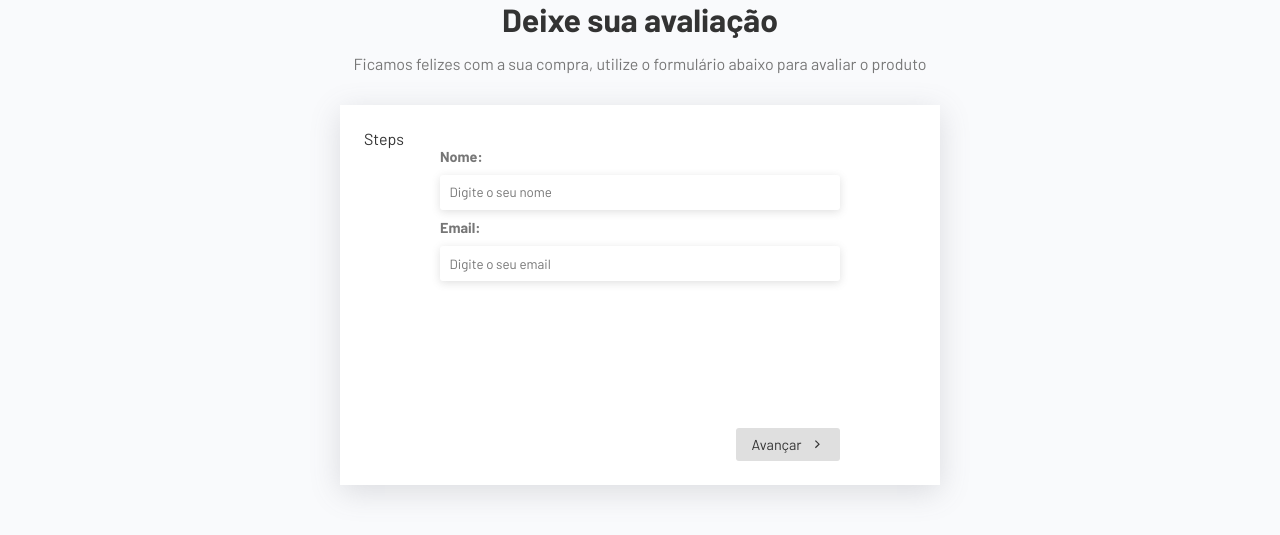
Repository: Bitroia/multistep_form_react
Page: / (app in multistep_form_react/)
An editor plug-in stored every save of this project. The page is shown before and after a run of saves, followed by the edit.
The browser window is 1280 px wide. The pictures show the whole page.
The project was rebuilt for these pictures with package versions that can differ from the ones it lists, and the page was loaded fresh each time. Also part of the build but not shown: multistep_form_react/vite.config.js, multistep_form_react/src/components/ReviewForm.jsx, multistep_form_react/src/components/Thanks.jsx, multistep_form_react/src/components/Steps.css.

Above is the page before, as saved 2026-06-12 14:18:15.

### multistep_form_react/index.html
<!doctype html>
<html lang="pt-br">
  <head>
    <meta charset="UTF-8" />
    <link rel="icon" type="image/svg+xml" href="/favicon.svg" />
    <link rel="preconnect" href="https://fonts.googleapis.com" />
    <link rel="preconnect" href="https://fonts.gstatic.com" crossorigin />
    <link
      href="https://fonts.googleapis.com/css2?family=Barlow:ital,wght@0,100;0,200;0,300;0,400;0,500;0,600;0,700;0,800;0,900;1,100;1,200;1,300;1,400;1,500;1,600;1,700;1,800;1,900&family=Lato:ital,wght@0,100;0,300;0,400;0,700;0,900;1,100;1,300;1,400;1,700;1,900&family=Montserrat:ital,wght@0,100..900;1,100..900&family=Roboto:ital,wght@0,100..900;1,100..900&display=swap"
      rel="stylesheet"
    />
    <meta name="viewport" content="width=device-width, initial-scale=1.0" />
    <title>Multistep Form com React</title>
  </head>
  <body>
    <div id="root"></div>
    <script type="module" src="/src/main.jsx"></script>
  </body>
</html>

### multistep_form_react/src/index.css
* {
  font-family: "Barlow";
  padding: 0;
  margin: 0;
  box-sizing: border-box;
  color: #333;
}

p {
  color: #777;
}

body {
  background-color: #f9fafc;
}

### multistep_form_react/src/App.jsx
//! Components
import { GrFormNext, GrFormPrevious } from "react-icons/gr";
import { FiSend } from "react-icons/fi";
import UserForm from "./components/UserForm";
import ReviewForm from "./components/ReviewForm";
import Thanks from "./components/Thanks";
import Steps from "./components/Steps";
import { useState } from "react";

//! Hooks

import { useForm } from "./hooks/UseForm";

import "./App.css";

function App() {
  const formComponents = [<UserForm />, <ReviewForm />, <Thanks />];

  const { currentStep, currentComponent, changeStep, isLastStep, isFirstStep } =
    useForm(formComponents);

  return (
    <div className="App">
      <div className="header">
        <h2>Deixe sua avaliação</h2>
        <p>
          Ficamos felizes com a sua compra, utilize o formulário abaixo para
          avaliar o produto
        </p>
      </div>
      <div className="form-container">
        <Steps currentStep={currentStep} />
        <form onSubmit={(e) => changeStep(currentStep + 1, e)}>
          <div className="inputs-container">{currentComponent}</div>
          <div className="actions">
            {!isFirstStep && (
              <button type="button" onClick={() => changeStep(currentStep - 1)}>
                <GrFormPrevious />
                <span>Voltar</span>
              </button>
            )}
            {!isLastStep ? (
              <button type="submit">
                <span>Avançar</span>
                <GrFormNext />
              </button>
            ) : (
              <button type="button">
                <span>Enviar</span>
                <FiSend />
              </button>
            )}
          </div>
        </form>
      </div>
    </div>
  );
}

export default App;

### multistep_form_react/src/components/UserForm.jsx
import React from "react";

const UserForm = () => {
  return (
    <div>
      <div className="form-control">
        <label htmlFor="name">Nome:</label>
        <input
          type="text"
          name="text"
          id="name"
          placeholder="Digite o seu nome"
          required
        />
        <label htmlFor="name">Email:</label>
        <input
          type="email"
          name="email"
          id="email"
          placeholder="Digite o seu email"
          required
        />
      </div>
    </div>
  );
};

export default UserForm;

### multistep_form_react/src/components/Steps.jsx
import React from 'react'
import "./Steps.css"

const Steps = () => {
  return (
    <div>Steps</div>
  )
}

export default Steps

### multistep_form_react/src/hooks/useForm.jsx
import { useState } from "react";

export function useForm(steps) {
  const [currentStep, setCurrentStep] = useState(0);

  function changeStep(i, e) {
    if (e) e.preventDefault();

    if (i < 0 || i >= steps.length) return;

    setCurrentStep(i);
  }

  return {
    currentStep,
    currentComponent: steps[currentStep],
    changeStep,
    isLastStep: currentStep + 1 === steps.length ? true : false,
    isFirstStep: currentStep === 0 ? true : false,
  };
}

### multistep_form_react/src/App.css
.app {
  padding: 2rem;
}

/* Cabeçalho */

.header {
  text-align: center;
  margin-bottom: 2rem;
}

.header h2 {
  font-size: 2rem;
  margin-bottom: 1rem;
}

/* Forms */

.form-container {
  max-width: 600px;
  margin: 0 auto;
  background-color: #fff;
  padding: 1.5rem;
  box-shadow: rgba(100, 100, 111, 0.2) 0px 7px 29px 0px;
}

.form-container form {
  max-width: 400px;
  margin: 0 auto;
}

.inputs-container {
  min-height: 280px;
}

.form-control {
  display: flex;
  flex-direction: column;
  margin-bottom: 2rem;
  gap: 0.6rem;
}

label {
  font-weight: bold;
  font-size: 0.9rem;
  color: #777;
}

input,
textarea {
  padding: 0.6rem;
  border: none;
  border-radius: 3px;
  box-shadow: rgba(99, 99, 99, 0.2) 0px 2px 8px 0;
}

textarea {
  height: 120px;
}

/* Actions */

.actions {
  display: flex;
  justify-content: flex-end;
  gap: 1rem;
}

.actions button {
  font-size: 0.9rem;
  padding: 0.5rem 1rem;
  gap: 0.5rem;
  display: flex;
  align-items: center;
  border-radius: 3px;
  background-color: #dfdfdf;
  cursor: pointer;
  border: none;
  transition: 0.3s;
}

.actions button:hover{
    background-color: #cfcfcf;
}

Loaded but not shown: multistep_form_react/src/main.jsx (common file)

After the next 6 saves:
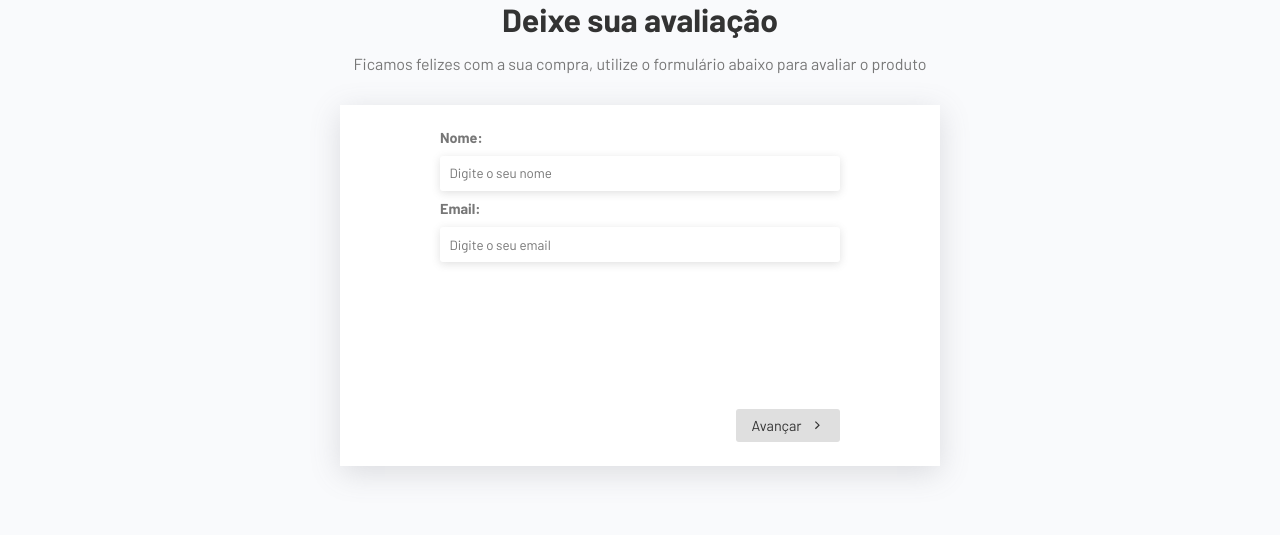
The 6 saves are shown as one change because they came seconds apart.
The last was saved 38 s later.
--- a/multistep_form_react/src/components/Steps.jsx
+++ b/multistep_form_react/src/components/Steps.jsx
@@ -3,7 +3,11 @@
 
 const Steps = () => {
   return (
-    <div>Steps</div>
+    <div className='steps'>
+      <div className="steps">
+        <p></p>
+      </div>
+    </div>
   )
 }
 

After the 2 saves that followed:
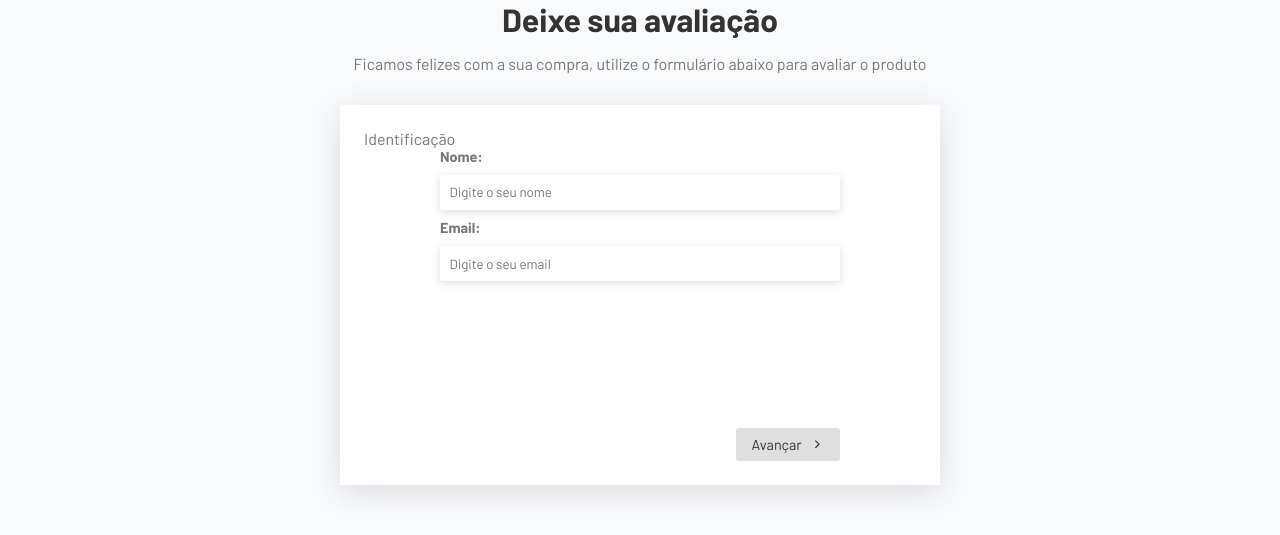
The 2 saves are shown as one change because they came seconds apart.
The last was saved 6 s later.
--- a/multistep_form_react/src/components/Steps.jsx
+++ b/multistep_form_react/src/components/Steps.jsx
@@ -5,7 +5,7 @@
   return (
     <div className='steps'>
       <div className="steps">
-        <p></p>
+        <p>Identificação</p>
       </div>
     </div>
   )
